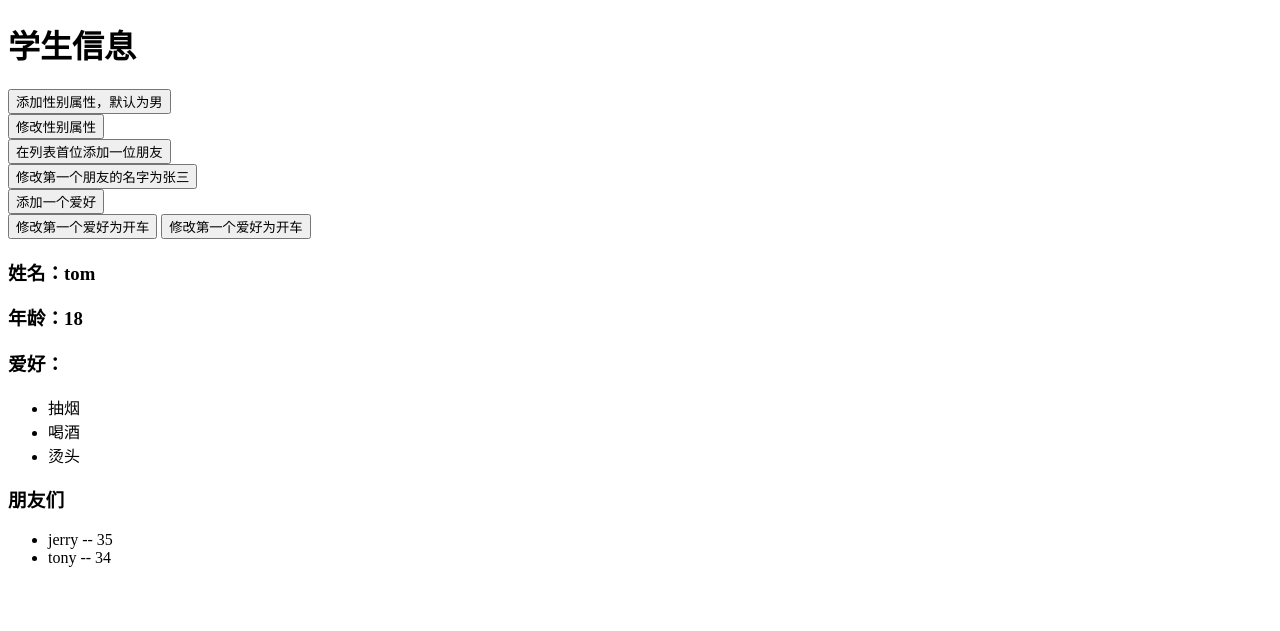
Repository: Lconfident/Learning_Process
Page: Vue/vue_basic/12_列表渲染/10.总结Vue数据监测.html
These files come from the project's save history. The page is drawn as it stood at one moment and after the next save; the edit follows.
The browser window is 1280 px wide. The pictures show the whole page.

Above is the page before, as saved 2023-07-22 09:33:31.

### Vue/vue_basic/12_列表渲染/10.总结Vue数据监测.html
<!DOCTYPE html>
<html lang="en">

<head>
    <meta charset="UTF-8">
    <meta name="viewport" content="width=device-width, initial-scale=1.0">
    <title>Doc</title>
    <!-- 引入Vue -->
    <script type="text/javascript" src="../../js/vue.js"></script>
</head>

<body>
    <!-- 准备好一个容器 -->
    <div id="root">
        <h1>学生信息</h1>

        <button @click="addSex">添加性别属性，默认为男</button> <br>
        <button @click="student.sex = '未知'">修改性别属性</button> <br>

        <button @click="addFridend">在列表首位添加一位朋友</button><br>
        <button @click="updateFirstFriendName">修改第一个朋友的名字为张三</button><br>

        <button @click="addHobby">添加一个爱好</button><br>
        <button @click="updateFirstHobbby">修改第一个爱好为开车</button>
        <button @click="updateFirstHobbby">修改第一个爱好为开车</button>

        <h3>姓名：{{student.name}}</h3>
        <h3>年龄：{{student.age}}</h3>
        <h3 v-if="student.sex">性别：{{student.sex}}</h3>
        <h3>爱好：</h3>
        <ul>
            <li v-for="(h,index) in student.hobby" :key="index">
                {{h}}
            </li>
        </ul>
        <h3>朋友们</h3>
        <ul>
            <li v-for="(f,index) in student.friends" :key="index">
                {{f.name}} -- {{f.age}}
            </li>
        </ul>
    </div>
</body>

<script type="text/javascript">
    const vm = new Vue({
        el: '#root',
        data: {
            student: {
                name: 'tom',
                age: 18,
                hobby: ['抽烟', '喝酒', '烫头'],
                friends: [
                    { name: 'jerry', age: 35 },
                    { name: 'tony', age: 34 }
                ]
            }
        },
        methods: {
            addSex() {
                Vue.set(this.student, 'sex', '男')
            },
            addFridend(){
                this.student.friends.unshift({name:'jack',age:25})
            },
            updateFirstFriendName(){
                this.student.friends[0].name = '张三'
            },
            addHobby(){
                this.student.hobby.push('学习')
            },
            updateFirstHobbby(){
                // this.student.hobby.splice(0,1,'开车')
                // Vue.set(this.student.hobby,0,'开车')
                this.$set(this.student.hobby,0,'开车')
            }
        },
    })
</script>


</html>

Loaded but not shown: Vue/js/vue.js (library)

After the next save:
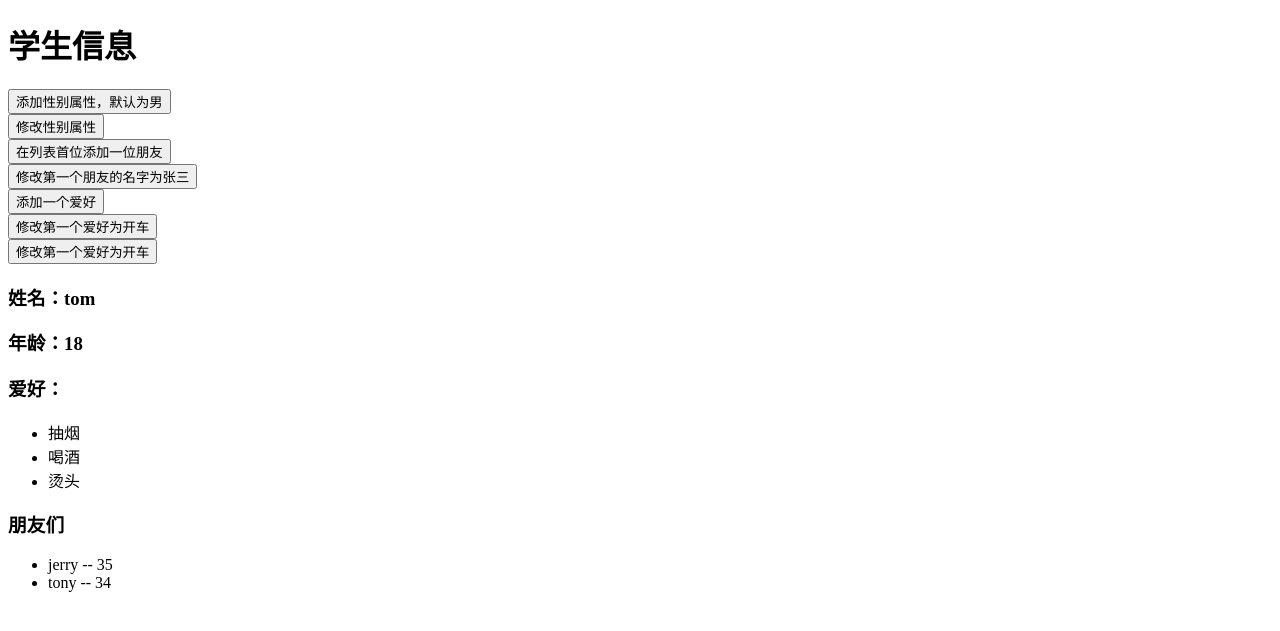
Saved 5 s later.
--- a/Vue/vue_basic/12_列表渲染/10.总结Vue数据监测.html
+++ b/Vue/vue_basic/12_列表渲染/10.总结Vue数据监测.html
@@ -21,7 +21,7 @@
         <button @click="updateFirstFriendName">修改第一个朋友的名字为张三</button><br>
 
         <button @click="addHobby">添加一个爱好</button><br>
-        <button @click="updateFirstHobbby">修改第一个爱好为开车</button>
+        <button @click="updateFirstHobbby">修改第一个爱好为开车</button><br>
         <button @click="updateFirstHobbby">修改第一个爱好为开车</button>
 
         <h3>姓名：{{student.name}}</h3>
